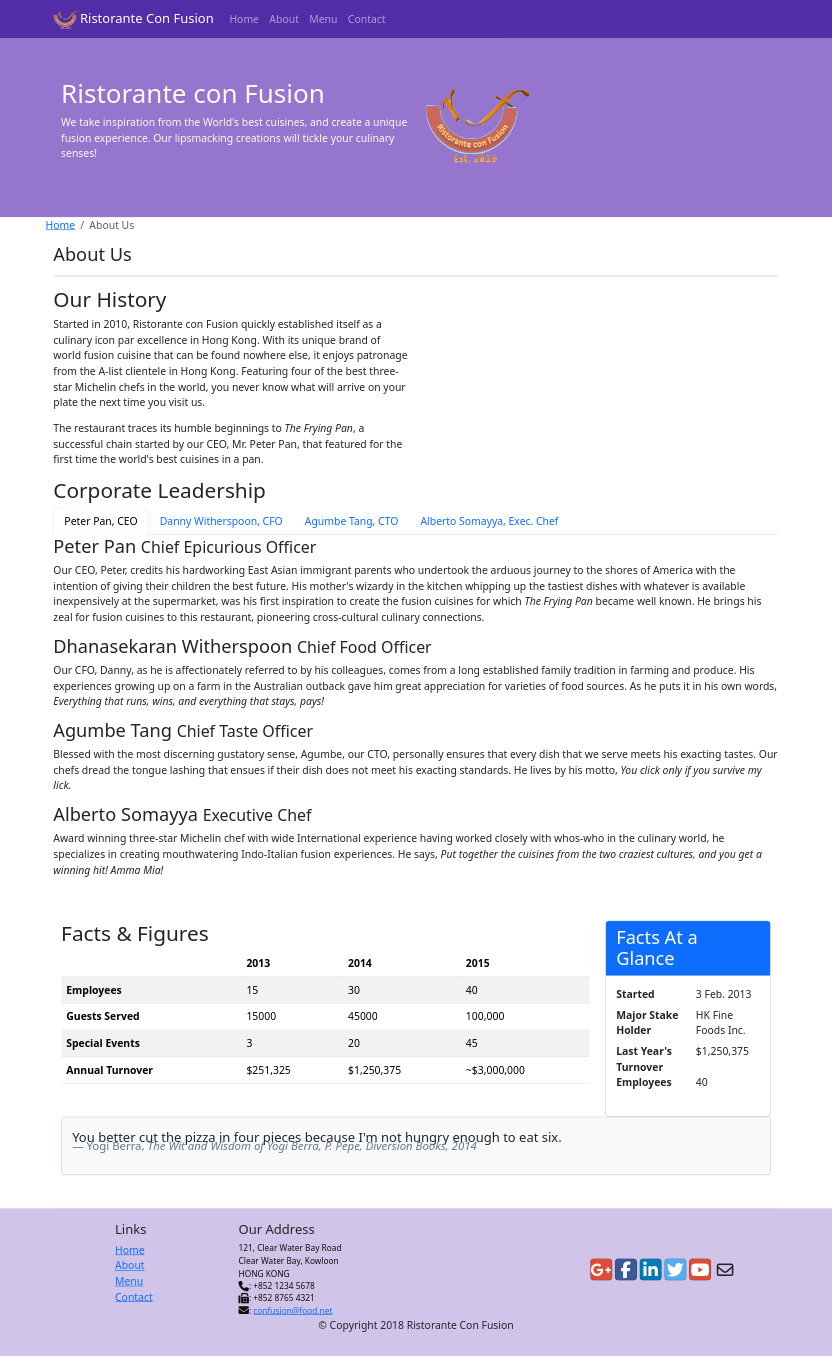
Repository: DungBuiTuan/FER201m
Page: aboutus.html
These files come from the project's save history. The page is drawn as it stood at one moment and after the next save; the edit follows.
The browser window is 1280 px wide. The pictures show the whole page, at 65% of full size.
Some web libraries are served in a nearby version.

Above is the page before, as saved 2023-05-20 10:05:39.

After the next save:
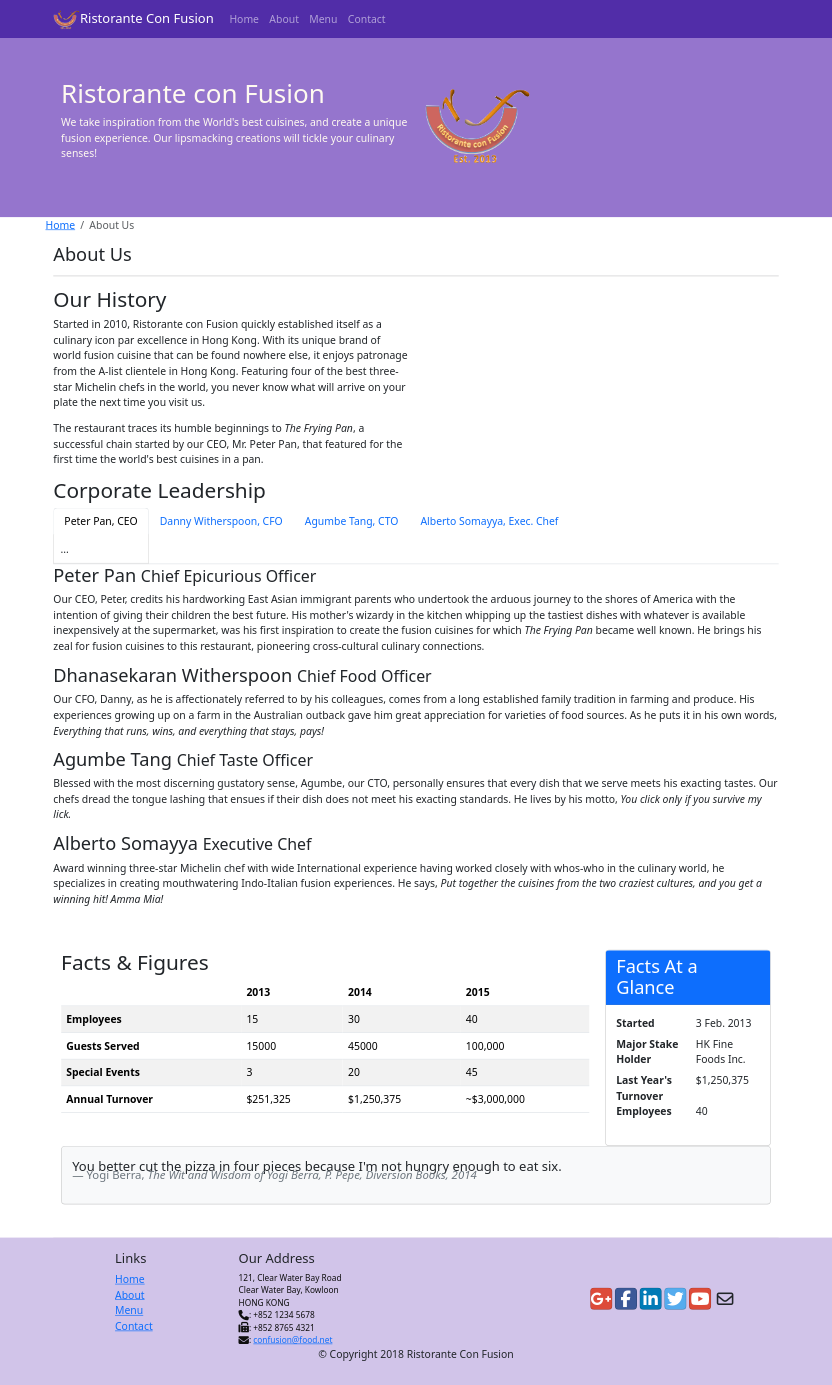
Saved 5 min 13 s later.
--- a/aboutus.html
+++ b/aboutus.html
@@ -95,13 +95,15 @@
 
       <div class="row">
           <div class="col col-sm col-md">
-              <div>
-                  <div>
                       <h2>Corporate Leadership</h2>
                       <ul class="nav nav-tabs">
                         <li class="nav-item">
                           <a class="nav-link active" href="#peter"
                             role="tab" data-toggle="tab">Peter Pan, CEO</a>
+                            <div class="tab-content">
+                              ...
+                          </div>
+
                         </li>
                         <li class="nav-item">
                           <a class="nav-link" href="#danny" role="tab"
@@ -116,7 +118,8 @@
                             data-toggle="tab">Alberto Somayya, Exec. Chef</a>
                         </li>
                     </ul>
-
+                    <div>
+                      <div>
                       <h3>Peter Pan <small>Chief Epicurious Officer</small></h3>
                   </div>
                   <div class="d-none d-sm-block">

After the 2 saves that followed:
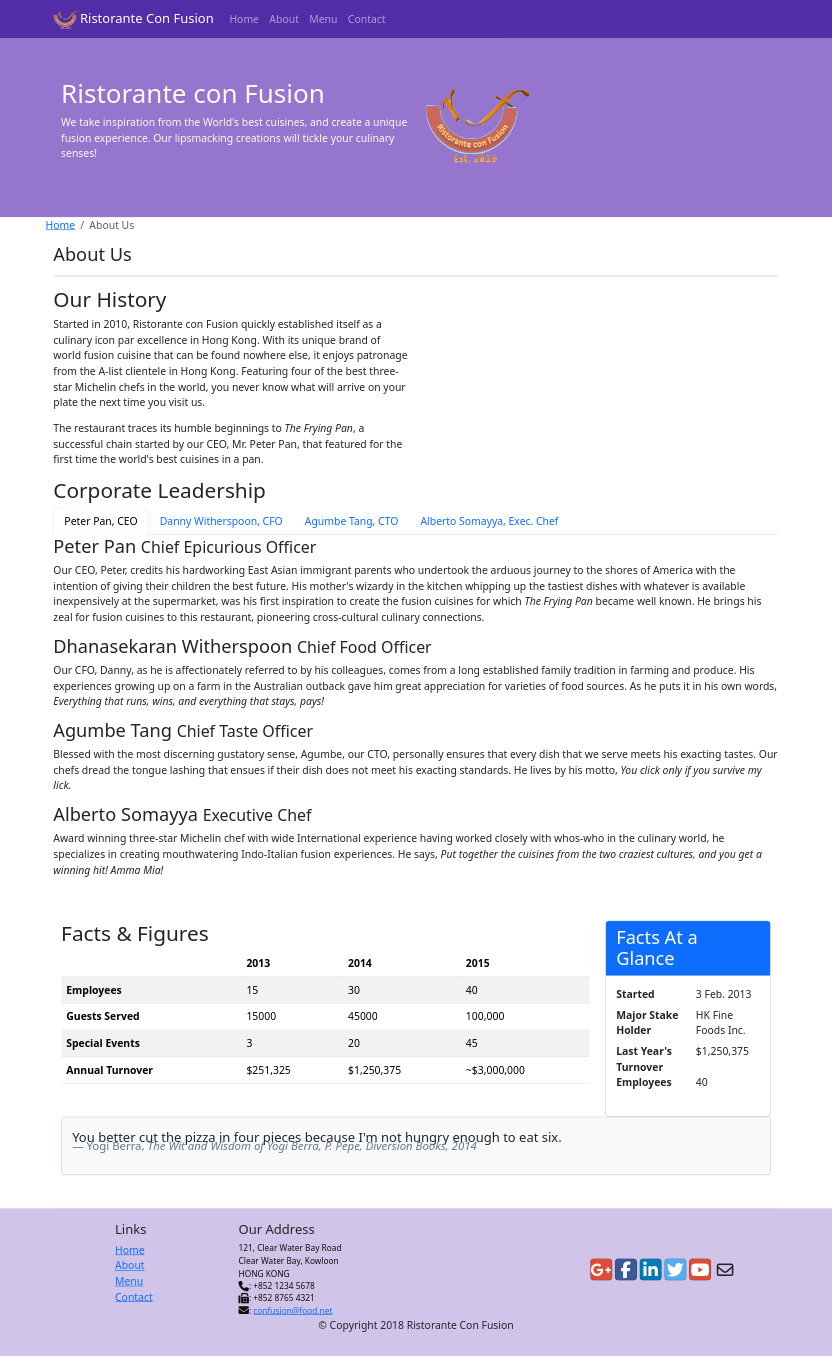
The 2 saves are shown as one change because 1 left the picture as it was.
The last was saved 37 s later.
--- a/aboutus.html
+++ b/aboutus.html
@@ -95,14 +95,13 @@
 
       <div class="row">
           <div class="col col-sm col-md">
+              <div>
+                  <div>
                       <h2>Corporate Leadership</h2>
                       <ul class="nav nav-tabs">
                         <li class="nav-item">
                           <a class="nav-link active" href="#peter"
                             role="tab" data-toggle="tab">Peter Pan, CEO</a>
-                            <div class="tab-content">
-                              ...
-                          </div>
 
                         </li>
                         <li class="nav-item">
@@ -118,8 +117,7 @@
                             data-toggle="tab">Alberto Somayya, Exec. Chef</a>
                         </li>
                     </ul>
-                    <div>
-                      <div>
+
                       <h3>Peter Pan <small>Chief Epicurious Officer</small></h3>
                   </div>
                   <div class="d-none d-sm-block">
